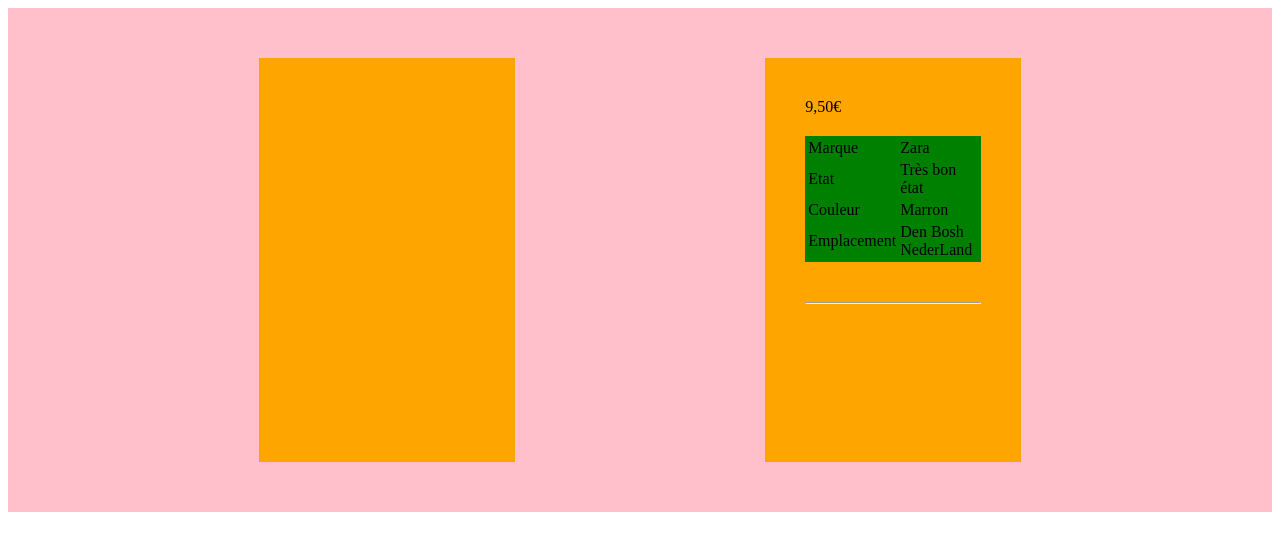
Repository: mel-in-a/vinted-front-clone
Page: html/offer.html
The author's editor kept a copy of each file at every save. The page is drawn from the files as they stood at one save, then again after the next save.
The browser window is 1280 px wide. The pictures show the whole page.

Above is the page before, as saved 2021-07-29 16:31:49.

After the next save:
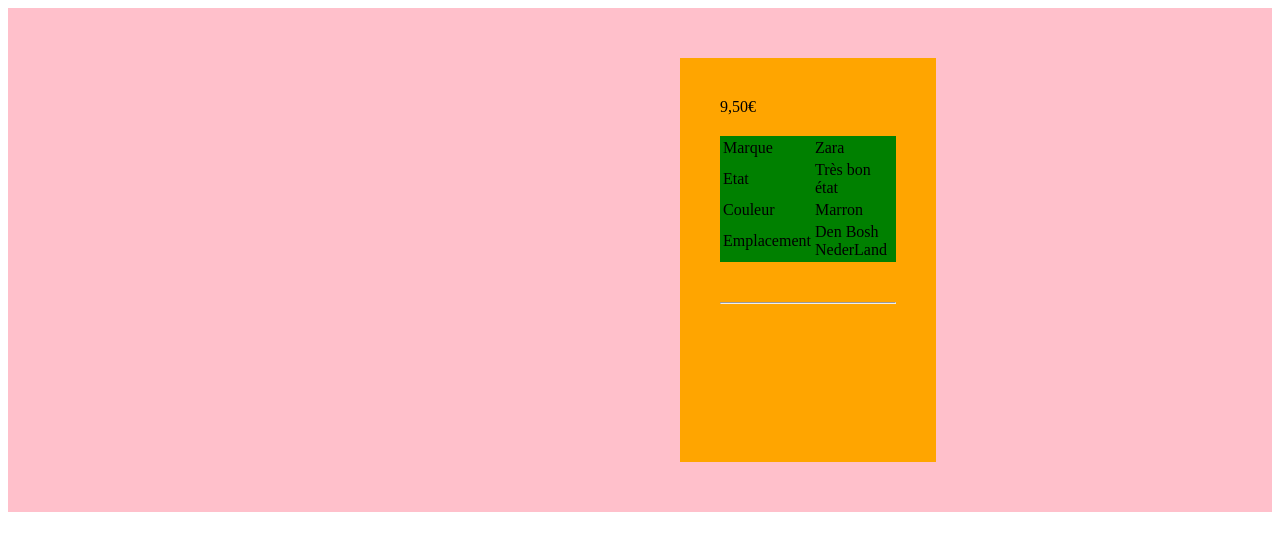
Saved 9 s later.
--- a/html/offer.css
+++ b/html/offer.css
@@ -8,7 +8,7 @@
 
   }
 
-  .left, .right {
+  .offer.left, .right {
     width: 20vw;
     background-color: orange;
     height: 80%;
